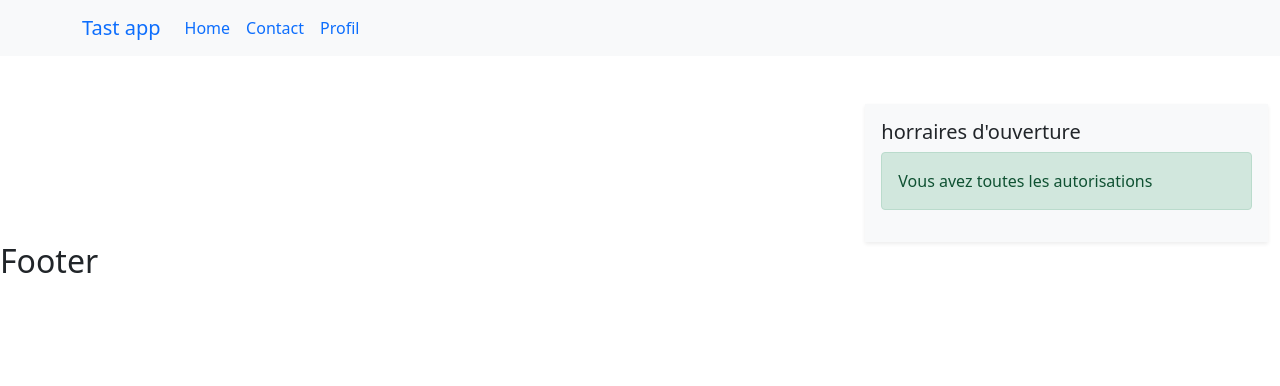
Repository: FS-23/php-getstarted
Page: http://localhost/
An editor plug-in stored every save of this project. The page is shown before and after the next save, followed by the edit.
The browser window is 1280 px wide. The pictures show the whole page.
The page is run by PHP 8.4 with error messages shown; the project is at /var/www/html/.

Above is the page before, as saved 2022-05-28 12:28:17.

### demoAPP/index.php

<?php require_once './layouts/header.php' ?>
<?php
    $horraire = [
        "08:00 - 12:00",
        "12:30 - 18:00",
        "19:30 - 22:00"
    ];


    $user = "admin"

?>
<div class="row mx-0">
    <div class="col-8">

    </div>
    <div class="col-4 ">
        <div class="shadow-sm bg-light p-3 mt-5">
            <h5> horraires d'ouverture</h5>
            <div class="mt-2">
                   <?php foreach($horraire as $item):  ?>

                   <?php endforeach; ?>



                  <?php
                    if($user == "admin")
                     echo '<div class="alert alert-success"> Vous avez toutes les autorisations</div>';
                    else
                      echo '<div class="alert alert-danger"> Vous n\'avez pas les autorisations</div>';


                  ?>
            </div>
        </div>
    </div>
</div>

<?php require_once './layouts/footer.php' ?>

### demoAPP/layouts/header.php

<link rel="stylesheet" href="https://cdn.jsdelivr.net/npm/bootstrap@5.1.3/dist/css/bootstrap.min.css">
<nav class="navbar navbar-expand-lg bg-light">
  <div class="container">
    <button class="navbar-toggler" type="button" data-bs-toggle="collapse" data-bs-target="#navbarTogglerDemo01" aria-controls="navbarTogglerDemo01" aria-expanded="false" aria-label="Toggle navigation">
      <span class="navbar-toggler-icon"></span>
    </button>
    <div class="collapse navbar-collapse" id="navbarTogglerDemo01">
      <a class="navbar-brand" href="/">Tast app</a>
      <ul class="navbar-nav me-auto mb-2 mb-lg-0">
        <li class="nav-item">
          <a class="nav-link active" aria-current="page" href="/pages/home.php">Home</a>
        </li>
        <li class="nav-item">
          <a class="nav-link" href="/pages/contact.php">Contact</a>
        </li>
        <li class="nav-item">
          <a class="nav-link" href="/pages/profil.php">Profil</a>
        </li>
      </ul>

    </div>
  </div>
</nav>

### demoAPP/layouts/footer.php
<div>
    <h2>Footer</h2>
</div>
<script scr="https://cdn.jsdelivr.net/npm/bootstrap@5.1.3/dist/css/bootstrap.min.js"></script>

After the next save:
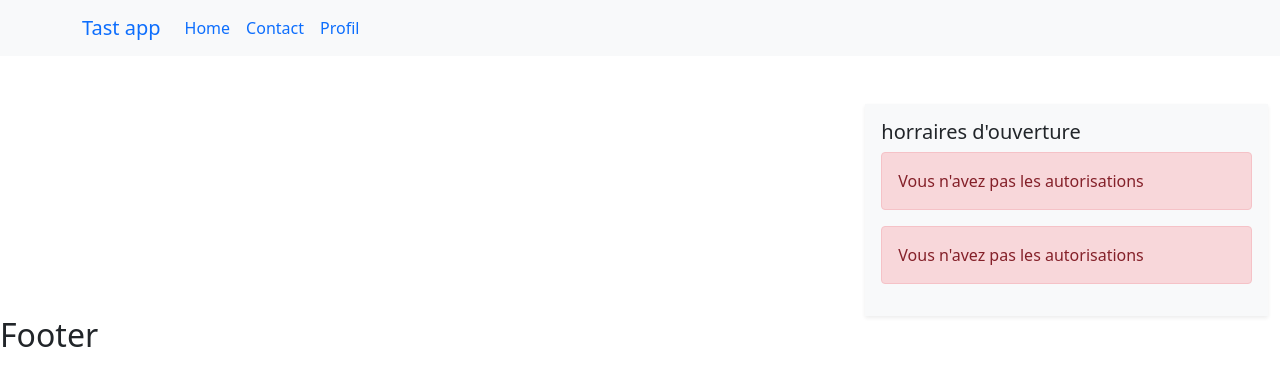
Saved 42 s later.
--- a/demoAPP/index.php
+++ b/demoAPP/index.php
@@ -8,7 +8,7 @@
     ];
 
 
-    $user = "admin"
+    $user = "normal"
 
 ?>
 <div class="row mx-0">
@@ -23,6 +23,12 @@
 
                    <?php endforeach; ?>
 
+                   <?php if($user == "admin") : ?>
+                    <div class="alert alert-success"> Vous avez toutes les autorisations</div>
+
+                   <?php else: ?>
+                    <div class="alert alert-danger"> Vous n'avez pas les autorisations</div>
+                   <?php endif ?>
 
 
                   <?php
@@ -30,8 +36,6 @@
                      echo '<div class="alert alert-success"> Vous avez toutes les autorisations</div>';
                     else
                       echo '<div class="alert alert-danger"> Vous n\'avez pas les autorisations</div>';
-
-
                   ?>
             </div>
         </div>
